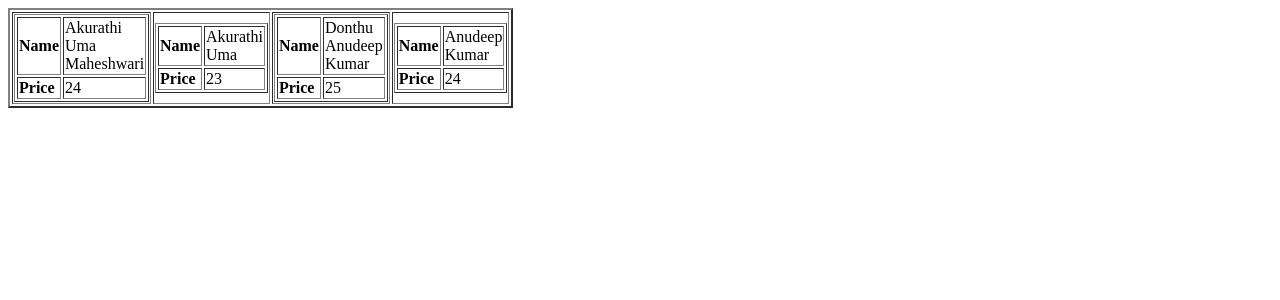
Repository: AnudeepKumarDonthu/ws
Page: work/src/main/webapp/WEB-INF/html/JsonArrayPractice.html
These files come from the project's save history. The page is drawn as it stood at one moment and after a run of saves; the edit follows.
The browser window is 1280 px wide. The pictures show the whole page.

Above is the page before, as saved 2017-01-03 07:24:07.
Console error: TypeError: Cannot set properties of null (setting 'innerHTML')

After the next 3 saves:
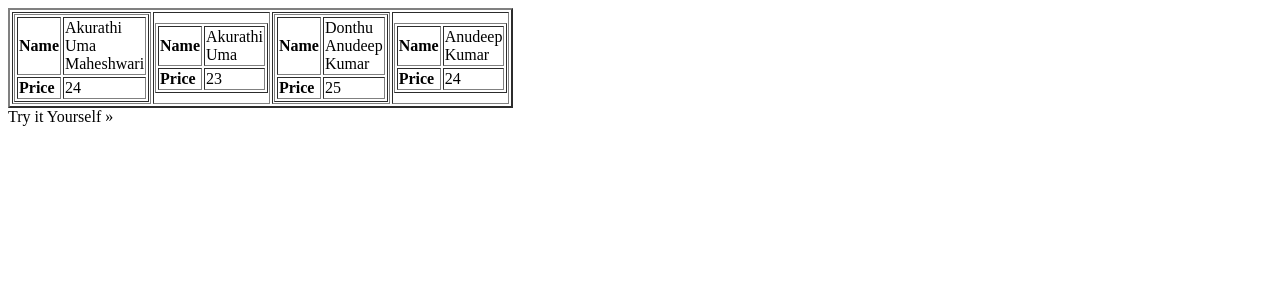
The 3 saves are shown as one change because they came seconds apart.
The last was saved 2 min 18 s later.
--- a/work/src/main/webapp/WEB-INF/html/JsonArrayPractice.html
+++ b/work/src/main/webapp/WEB-INF/html/JsonArrayPractice.html
@@ -47,10 +47,14 @@
 			document.writeln("</table>");
 			document.writeln("</td>");
 		}
-		var obj = JSON.parse('{ "name":"John", "age":30, "city":"New York"}');
 		document.writeln("</tr></table>");
-		document.getElementById("pid").innerHTML=obj.name + ", " + obj.age;
 	</script>
 </body>
+<script>
+	var obj = JSON.parse('{ "name":"John", "age":30, "city":"New York"}');
+	document.getElementById("demo").innerHTML = obj.name + ", " + obj.age;
+</script>
+Try it Yourself »
+
 <p id="pid"></p>
 </html>

After the 2 saves that followed:
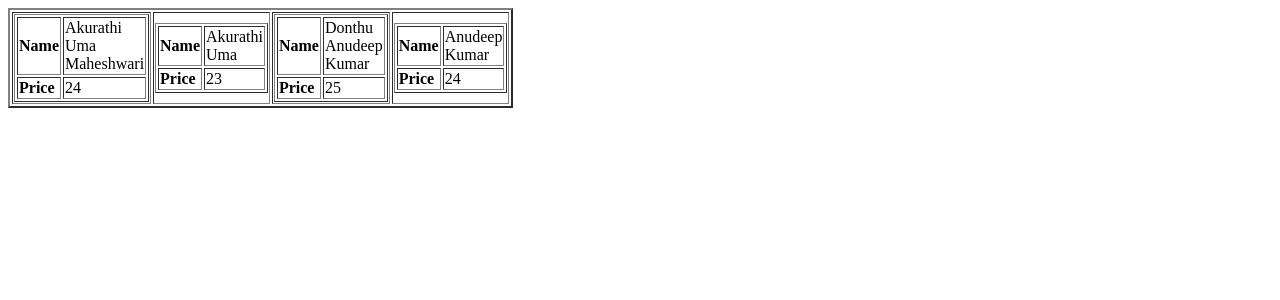
The 2 saves are shown as one change because 1 left the picture as it was.
The last was saved 34 s later.
--- a/work/src/main/webapp/WEB-INF/html/JsonArrayPractice.html
+++ b/work/src/main/webapp/WEB-INF/html/JsonArrayPractice.html
@@ -50,11 +50,10 @@
 		document.writeln("</tr></table>");
 	</script>
 </body>
-<script>
+<script type="text/javascript">
 	var obj = JSON.parse('{ "name":"John", "age":30, "city":"New York"}');
 	document.getElementById("demo").innerHTML = obj.name + ", " + obj.age;
 </script>
-Try it Yourself »
 
 <p id="pid"></p>
 </html>
